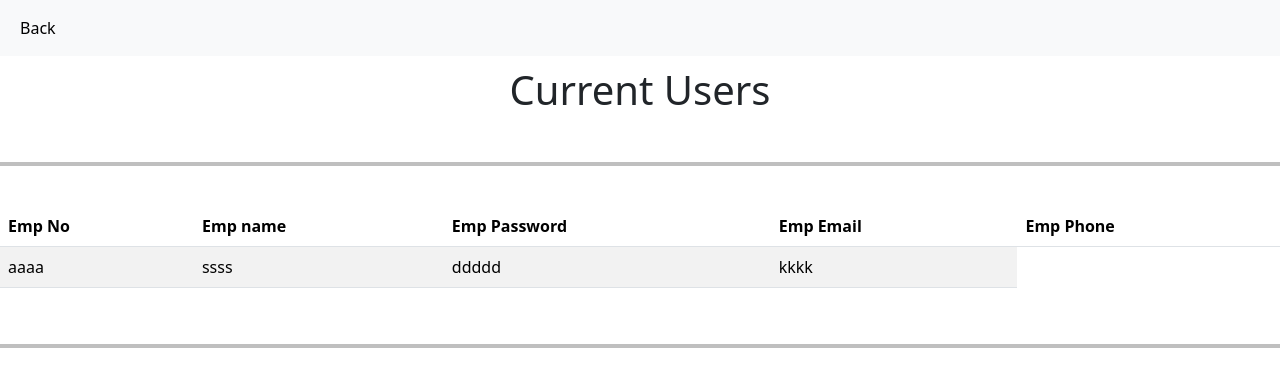
Repository: SachinUthpala/Railway-Reservation
Page: http://localhost/Railway/Curent_sv
An editor plug-in stored every save of this project. The page is shown before and after the next save, followed by the edit.
The browser window is 1280 px wide. The pictures show the whole page.
The page is served by Tomcat 9. Queries for data that is not in the repository find no rows.

Above is the page before, as saved 2023-05-19 19:01:30.

After the next save:
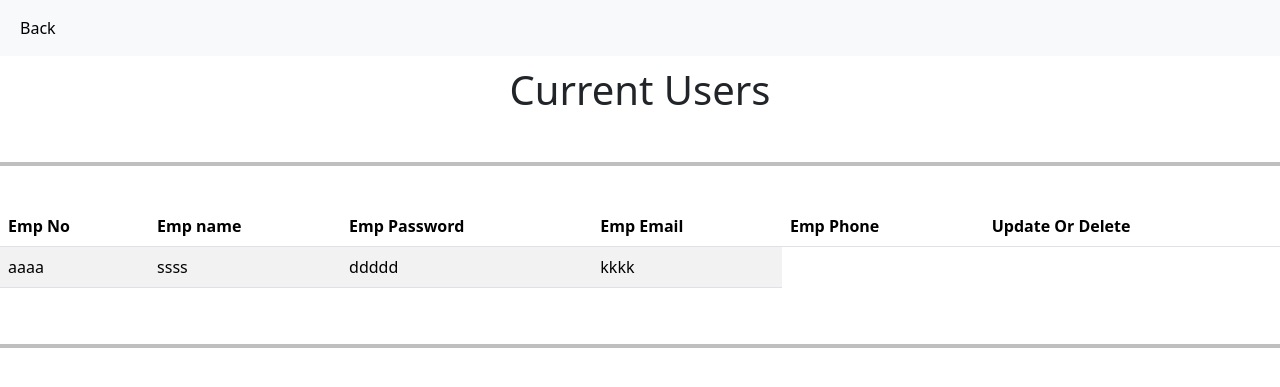
Saved 24 s later.
--- a/Railway/src/main/webapp/Admin/updateAdmin/CurrentAdmins.jsp
+++ b/Railway/src/main/webapp/Admin/updateAdmin/CurrentAdmins.jsp
@@ -43,6 +43,7 @@
       <th scope="col">Emp Password</th>
       <th scope="col">Emp Email</th>
       <th scope="col">Emp Phone</th>
+      <th scope="col">Update Or Delete</th>
     </tr>
   </thead>
   <tbody>
